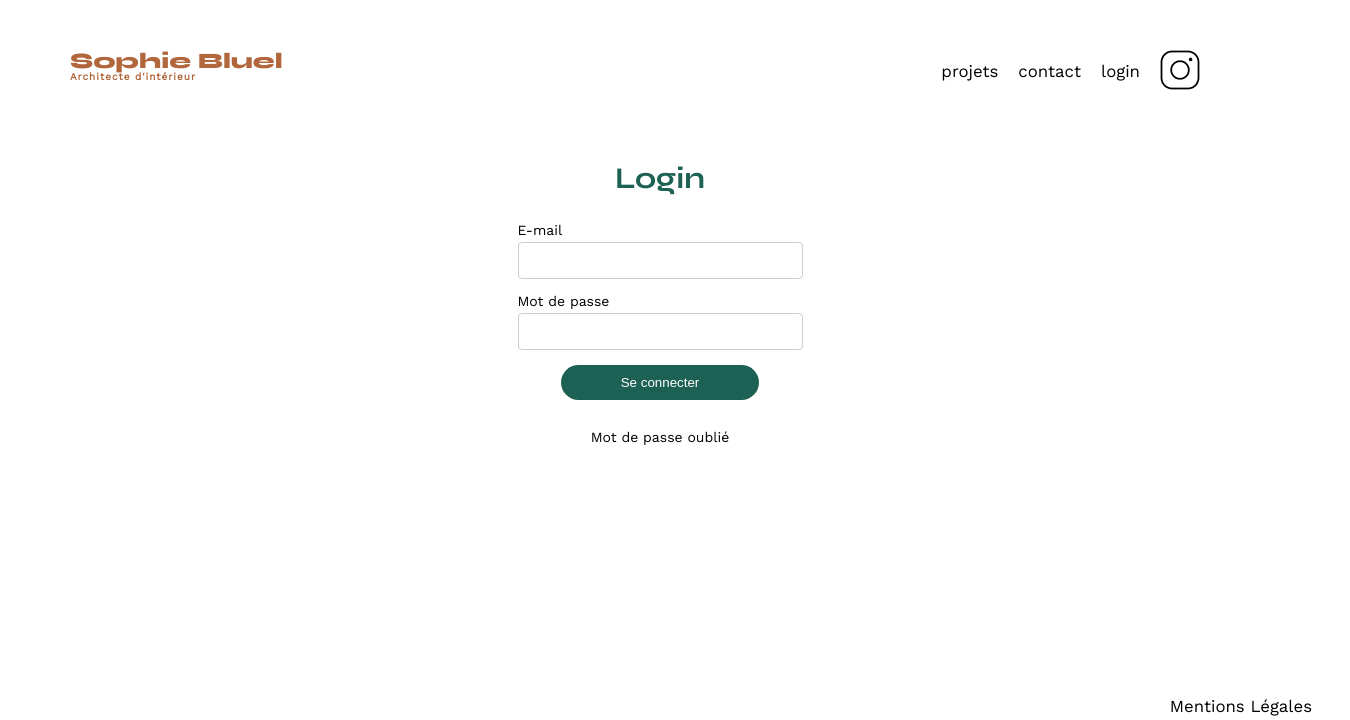
Repository: ByteVoyageur/OC-P6
Page: FrontEnd/assets/pages/login.html
These files come from the project's save history. The page is drawn as it stood at one moment and after the next save; the edit follows.
The browser window is 1280 px wide. The page is 1350 px wide, so the pictures cover 1350 px, including what lies to the right of the window. The pictures show the whole page.
The page's requests for data from a server got no answer.

Above is the page before, as saved 2023-10-18 16:38:37.

After the next save:
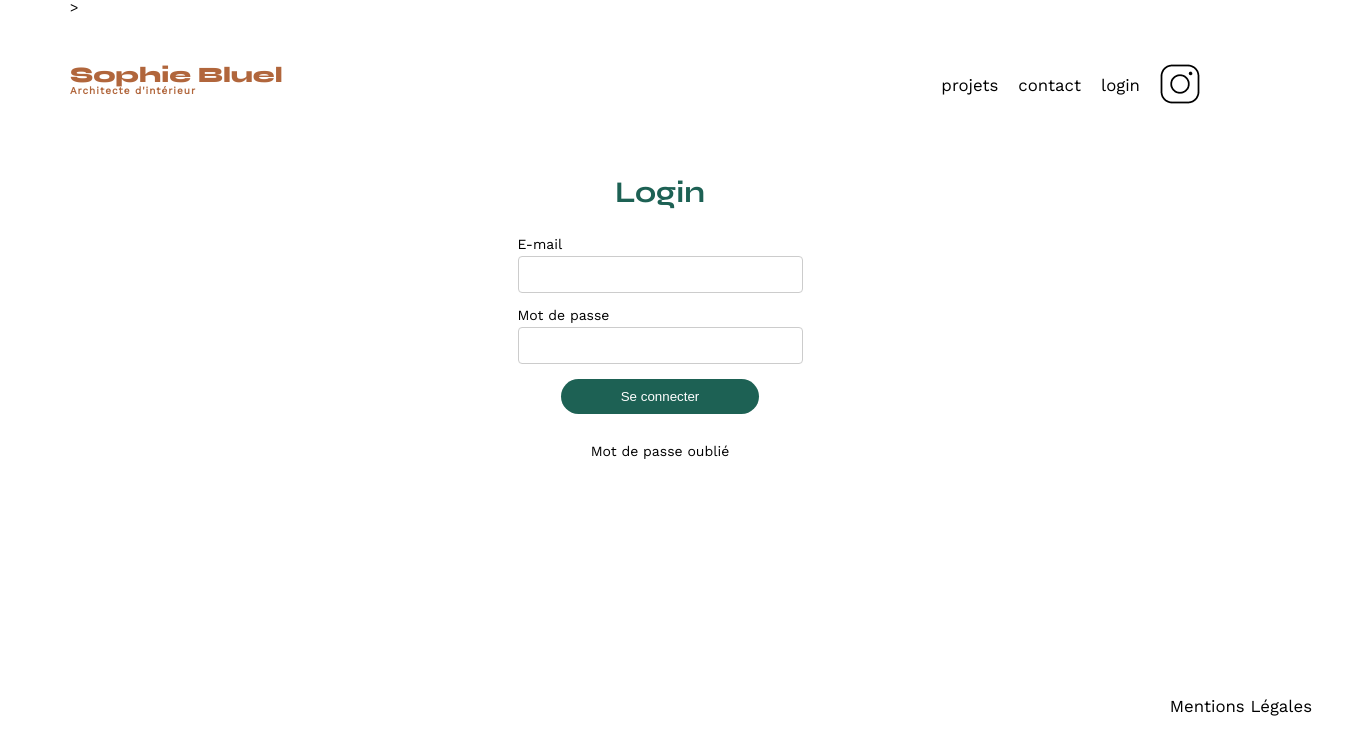
Saved 101 min 18 s later.
--- a/FrontEnd/assets/pages/login.html
+++ b/FrontEnd/assets/pages/login.html
@@ -13,7 +13,8 @@
     <link rel="stylesheet" href="/FrontEnd/assets/style.css">
     <link rel="stylesheet" href="/FrontEnd/assets/css/login.css">
     <script src="./assets/js/gallery.js" defer></script>
-    <script src="./assets/js/login.js" defer></script>
+    <script src="/FrontEnd/assets/js/login.js" defer></script>
+    >
 </head>
 
 <body>
